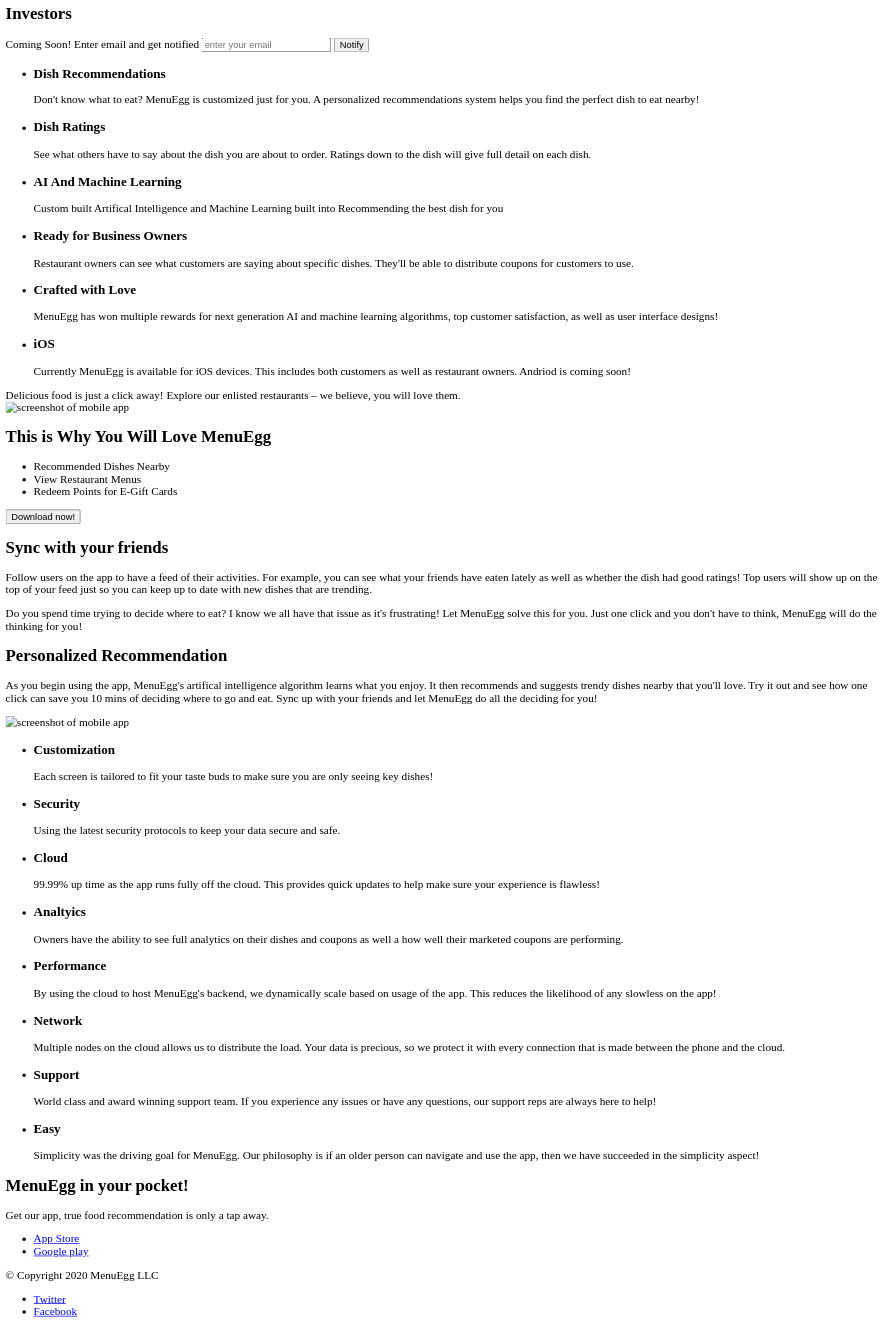
Repository: RobinKite/MenuEgg-test-site
Page: src/index.html
These files come from the project's save history. The page is drawn as it stood at one moment and after the next save; the edit follows.
The browser window is 1280 px wide. The pictures show the part of the page from y = 844 to 2764 px (the page is 2743 px tall before and 2764 px after), at 70% of full size.

Above is the page before, as saved 2020-09-16 05:59:24.

### src/index.html
<!DOCTYPE html>
<html lang="en">

<head>
    <meta charset="UTF-8" />
    <meta name="viewport" content="width=device-width, initial-scale=1.0" />
    <meta http-equiv="X-UA-Compatible" content="ie=edge" />
    <title>MenuEgg - Treat Your Tastebuds</title>
</head>

<body>
    <header>
        <nav>
            <a href="#">
                <img src="" alt="">
            </a>

            <ul>
                <li><a href="#">Home</a></li>
                <li><a href="#">WeightWatchers</a></li>
                <li><a href="#">Meal Planning</a></li>
            </ul>

            <ul>
                <li><a href="#">login</a></li>
                <li><a href="#">register</a></li>
            </ul>
        </nav>
    </header>

    <main>
        <h1>MenuEgg - Treat Your Tastebuds</h1>

        <section>
            <h2>Treat Your Tastebuds</h2>
            <span>Let us help you decide WHERE to go and WHAT to order</span>
        </section>
        <section>
            <div>
                <h2>Consumers</h2>
                <ul>
                    <li>
                        <h3>Dish Recommendations</h3>
                        <p>Don't know what to eat? MenuEgg is customized just for you. A personalized recommendations system helps you find the perfect dish to eat nearby!</p>
                    </li>
                    <li>
                        <h3>AI And Machine Learning</h3>
                        <p>Custom built Artifical Intelligence and Machine Learning built into Recommending the best dish for you</p>
                    </li>
                </ul>
            </div>
            <div>
                <h2>Restaurant Owners</h2>
                <div>
                    <h3>Why use MenuEgg?</h3>
                    <p>One of the hardest obstacles a restaurant owner faces is attracting customers. Existing methods include marketing through social media platforms, providing coupons either through print media or via the web, providing birthday specials
                        to bring back customers, the list goes on and on.</p>
                    <p>The hardest part about this is actually attracting the right customers and promoting to them and not a customer that is not interested in your restaurant's type of food. Provided that most customers are constantly on their smartphones
                        means that this is the perfect avenue to get users.</p>
                    <p>That is where MenuEgg comes in. We provide a platform for owners to promote to specific users who are in a specific distance of the restaurant's location and have a keen interest in your restaurant's type of food. We will send a push
                        notification to the users device which results in over 80% click-through rate which results in a growth in customer base for you!</p>
                </div>
            </div>
            <div>
                <h2>Developers</h2>

                <span>Coming Soon!</span>
                <label for="email">Enter email and get notified</label>
                <input type="email" id="email" placeholder="enter your email">
                <input type="submit" value="Notify">
            </div>
            <div>
                <h2>Investors</h2>

                <span>Coming Soon!</span>
                <label for="email">Enter email and get notified</label>
                <input type="email" id="email" placeholder="enter your email">
                <input type="submit" value="Notify">
            </div>
        </section>
        <section>
            <ul>
                <li>
                    <h3>Dish Recommendations</h3>
                    <p>Don't know what to eat? MenuEgg is customized just for you. A personalized recommendations system helps you find the perfect dish to eat nearby!</p>
                </li>
                <li>
                    <h3>Dish Ratings</h3>
                    <p>See what others have to say about the dish you are about to order. Ratings down to the dish will give full detail on each dish.</p>
                </li>
                <li>
                    <h3>AI And Machine Learning</h3>
                    <p>Custom built Artifical Intelligence and Machine Learning built into Recommending the best dish for you</p>
                </li>
                <li>
                    <h3>Ready for Business Owners</h3>
                    <p>Restaurant owners can see what customers are saying about specific dishes. They'll be able to distribute coupons for customers to use.</p>
                </li>
                <li>
                    <h3>Crafted with Love</h3>
                    <p>MenuEgg has won multiple rewards for next generation AI and machine learning algorithms, top customer satisfaction, as well as user interface designs!</p>
                </li>
                <li>
                    <h3>iOS</h3>
                    <p>Currently MenuEgg is available for iOS devices. This includes both customers as well as restaurant owners. Andriod is coming soon!</p>
                </li>
            </ul>
        </section>
        <section>
            <span>Delicious food is just a click away! Explore our enlisted restaurants – we believe, you will love them.</span>
        </section>
        <section>
            <img src="#" alt="screenshot of mobile app">
            <h2>This is Why You Will Love MenuEgg</h2>
            <ul>
                <li><span>Recommended Dishes Nearby</span></li>
                <li><span>View Restaurant Menus</span></li>
                <li><span>Redeem Points for E-Gift Cards</span></li>
            </ul>
            <button>Download now!</button>
        </section>
        <section>
            <h2>Sync with your friends</h2>
            <p>Follow users on the app to have a feed of their activities. For example, you can see what your friends have eaten lately as well as whether the dish had good ratings! Top users will show up on the top of your feed just so you can keep up to
                date with new dishes that are trending.</p>
            <p>Do you spend time trying to decide where to eat? I know we all have that issue as it's frustrating! Let MenuEgg solve this for you. Just one click and you don't have to think, MenuEgg will do the thinking for you!</p>
        </section>
        <section>
            <h2>Personalized Recommendation</h2>
            <p>As you begin using the app, MenuEgg's artifical intelligence algorithm learns what you enjoy. It then recommends and suggests trendy dishes nearby that you'll love. Try it out and see how one click can save you 10 mins of deciding where to
                go and eat. Sync up with your friends and let MenuEgg do all the deciding for you!</p>
            <img src="#" alt="screenshot of mobile app">
        </section>
        <section>
            <ul>
                <li>
                    <h3>Customization</h3>
                    <p>Each screen is tailored to fit your taste buds to make sure you are only seeing key dishes!</p>
                </li>
                <li>
                    <h3>Security</h3>
                    <p>Using the latest security protocols to keep your data secure and safe.</p>
                </li>
                <li>
                    <h3>Cloud</h3>
                    <p>99.99% up time as the app runs fully off the cloud. This provides quick updates to help make sure your experience is flawless!</p>
                </li>
                <li>
                    <h3>Analtyics</h3>
                    <p>Owners have the ability to see full analytics on their dishes and coupons as well a how well their marketed coupons are performing.</p>
                </li>
                <li>
                    <h3>Performance</h3>
                    <p>By using the cloud to host MenuEgg's backend, we dynamically scale based on usage of the app. This reduces the likelihood of any slowless on the app!</p>
                </li>
                <li>
                    <h3>Network</h3>
                    <p>Multiple nodes on the cloud allows us to distribute the load. Your data is precious, so we protect it with every connection that is made between the phone and the cloud.</p>
                </li>
                <li>
                    <h3>Support</h3>
                    <p>World class and award winning support team. If you experience any issues or have any questions, our support reps are always here to help!</p>
                </li>
                <li>
                    <h3>Easy</h3>
                    <p>Simplicity was the driving goal for MenuEgg. Our philosophy is if an older person can navigate and use the app, then we have succeeded in the simplicity aspect!</p>
                </li>
            </ul>
        </section>
        <section>
            <h2>MenuEgg in your pocket!</h2>
            <p>Get our app, true food recommendation is only a tap away.</p>
            <ul>
                <li><a href="#">App Store</a></li>
                <li><a href="#">Google play</a></li>
            </ul>
        </section>
    </main>

    <footer>
        <span>&#169; Copyright 2020 MenuEgg LLC</span>

        <ul>
            <li><a href="#">Twitter</a></li>
            <li><a href="#">Facebook</a></li>
        </ul>
    </footer>
</body>

</html>

After the next save:
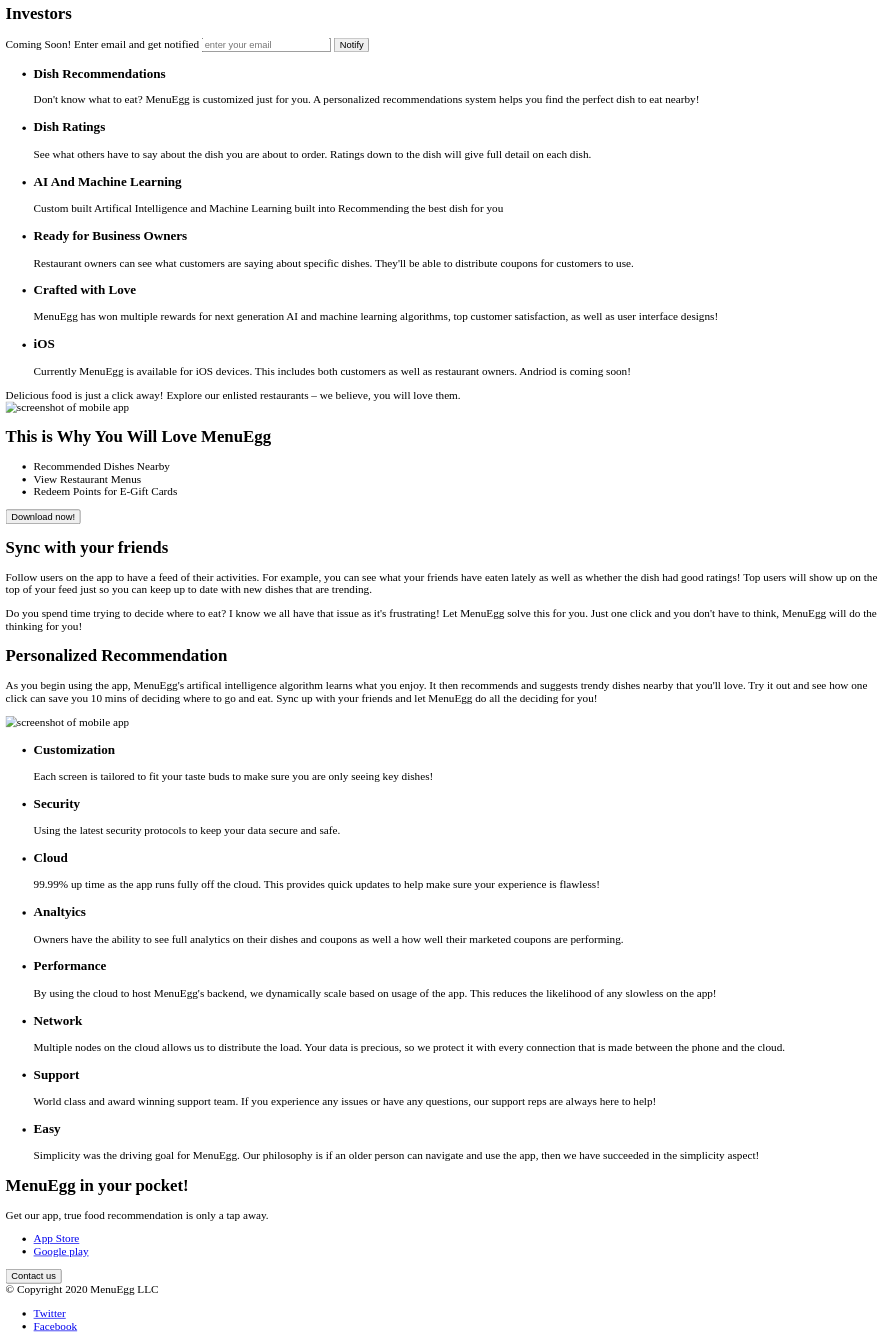
Saved 41 s later.
--- a/src/index.html
+++ b/src/index.html
@@ -175,6 +175,7 @@
                 <li><a href="#">Google play</a></li>
             </ul>
         </section>
+        <button>Contact us</button>
     </main>
 
     <footer>
